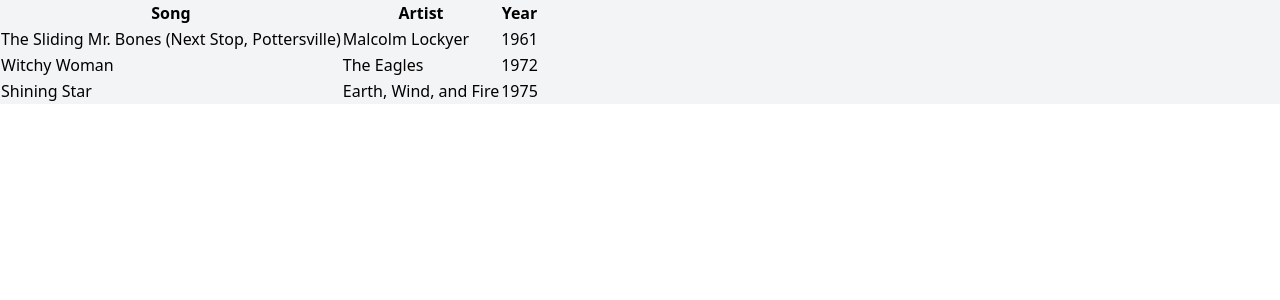
Repository: Semanmernstack/next-13-prisma-crud
Page: /
The author's editor kept a copy of each file at every save. The page is drawn from the files as they stood at one save, then again after the next save.
The browser window is 1280 px wide. The pictures show the whole page.
The project was rebuilt for these pictures with package versions that can differ from the ones it lists, and the page was loaded fresh each time. The framework's server and built-in components were replaced by stand-ins that run in the browser. Also part of the build but not shown: next.config.js.

Above is the page before, as saved 2023-05-31 06:47:14.

### app/layout.tsx
import './globals.css'
import { Inter } from 'next/font/google'



export const metadata = {
  title: 'Create Next App',
  description: 'Generated by create next app',
}

export default function RootLayout({
  children,
}: {
  children: React.ReactNode
}) {
  return (
    <html lang="en">
      <body className="">{children}</body>
    </html>
  )
}

### app/page.tsx
import Link from "next/link"


export default function Home() {
  return (
    <main className="bg-gray-100">
      <Link href={'/product'}>

      <table className="max-w-8xl">
        <thead>
          <tr>
            <th>Song</th>
            <th>Artist</th>
            <th>Year</th>
          </tr>
        </thead>
        <tbody>
          <tr>
            <td>The Sliding Mr. Bones (Next Stop, Pottersville)</td>
            <td>Malcolm Lockyer</td>
            <td>1961</td>
          </tr>
          <tr>
            <td>Witchy Woman</td>
            <td>The Eagles</td>
            <td>1972</td>
          </tr>
          <tr>
            <td>Shining Star</td>
            <td>Earth, Wind, and Fire</td>
            <td>1975</td>
          </tr>
        </tbody>
      </table>

      </Link>


    </main>
  )
}

Loaded but not shown: app/globals.css (common file); tailwind.config.js (common file)

After the next save:
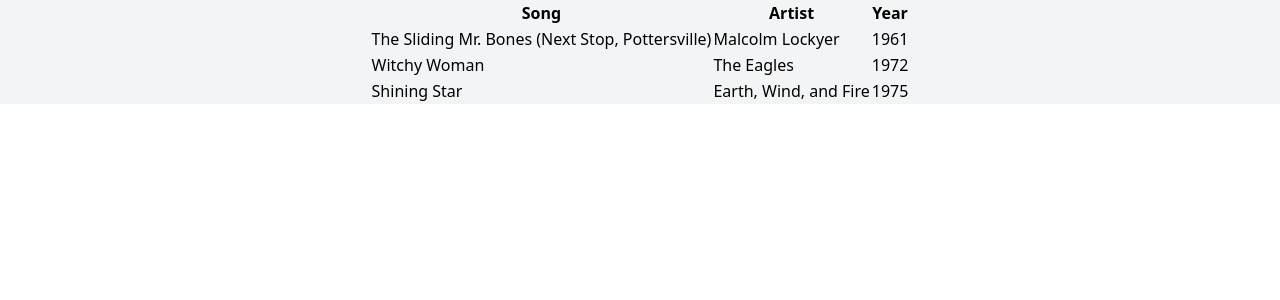
Saved 18 s later.
--- a/app/page.tsx
+++ b/app/page.tsx
@@ -6,7 +6,7 @@
     <main className="bg-gray-100">
       <Link href={'/product'}>
 
-      <table className="max-w-8xl">
+      <table className="max-w-8xl mx-auto">
         <thead>
           <tr>
             <th>Song</th>
